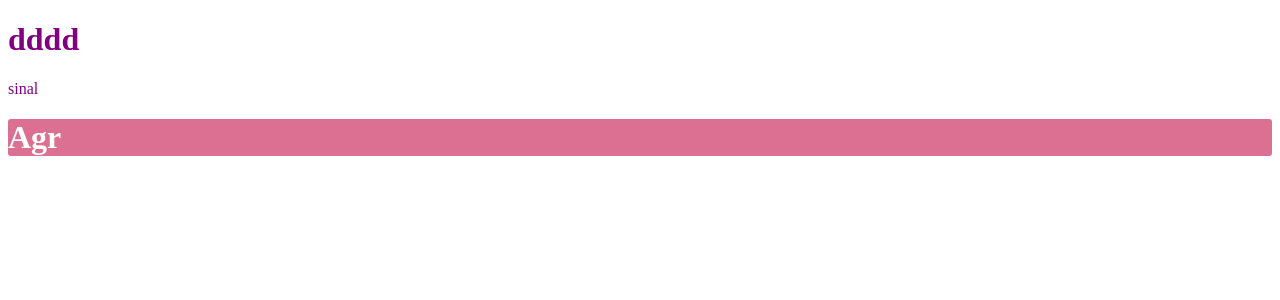
Repository: ecrseer/coviddio-Digital-Innovation-One-PWA-React-Js
Page: /
These files come from the project's save history. The page is drawn as it stood at one moment and after the next save; the edit follows.
The browser window is 1280 px wide. The pictures show the whole page.
The project was rebuilt for these pictures with package versions that can differ from the ones it lists, and the page was loaded fresh each time.

Above is the page before, as saved 2020-08-19 22:17:28.

After the next save:
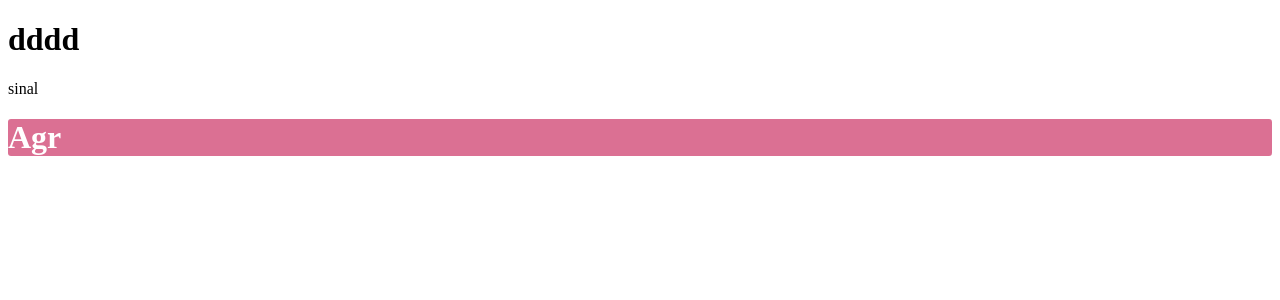
Saved 15 s later.
--- a/src/App.js
+++ b/src/App.js
@@ -2,7 +2,7 @@
 import styled,{ createGlobalStyle } from 'styled-components';
 const Fundo = createGlobalStyle`
 body {
-  color: ${props=>(props.SIM ? 'purple':'red')};
+  color:  'purple' ;
 }
 `;
 const Button = styled.h1`

After the 4 saves that followed:
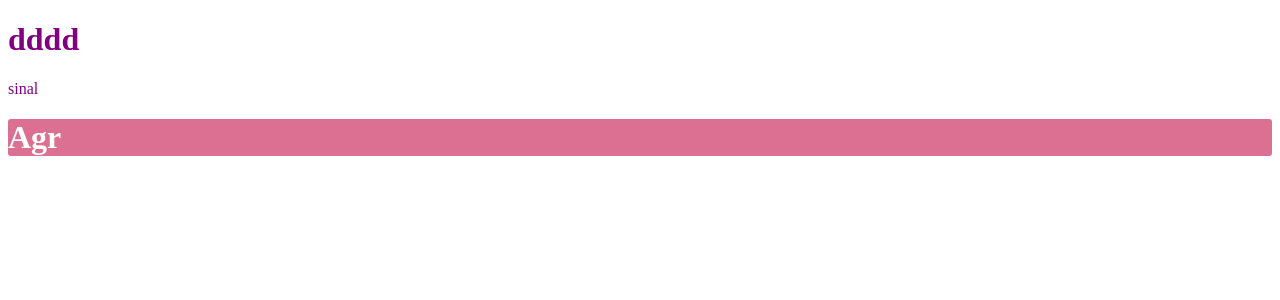
The 4 saves are shown as one change because 2 left the picture as it was and some came seconds apart.
The last was saved 19 s later.
--- a/src/App.js
+++ b/src/App.js
@@ -2,7 +2,7 @@
 import styled,{ createGlobalStyle } from 'styled-components';
 const Fundo = createGlobalStyle`
 body {
-  color:  'purple' ;
+  color: purple;
 }
 `;
 const Button = styled.h1`
